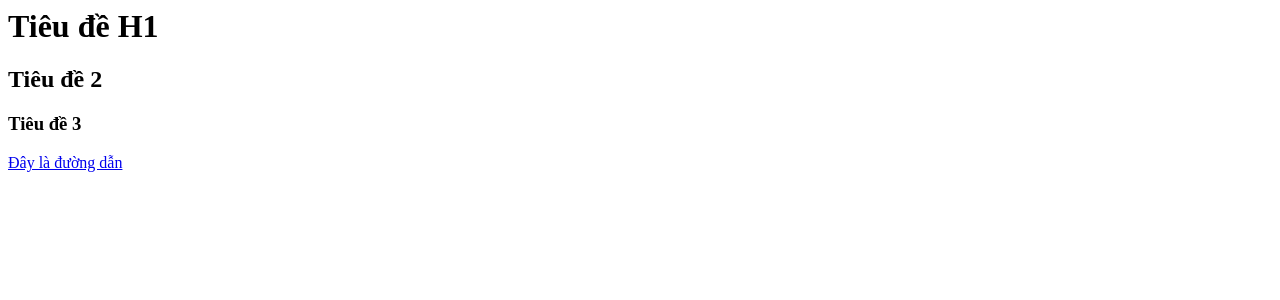
Repository: quangkhoi1228/quangkhoi1228-guide
Page: frontend-can-ban/index.html
The author's editor kept a copy of each file at every save. The page is drawn from the files as they stood at one save, then again after the next save.
The browser window is 1280 px wide. The pictures show the whole page.

Above is the page before, as saved 2022-05-11 23:29:46.

After the next save:
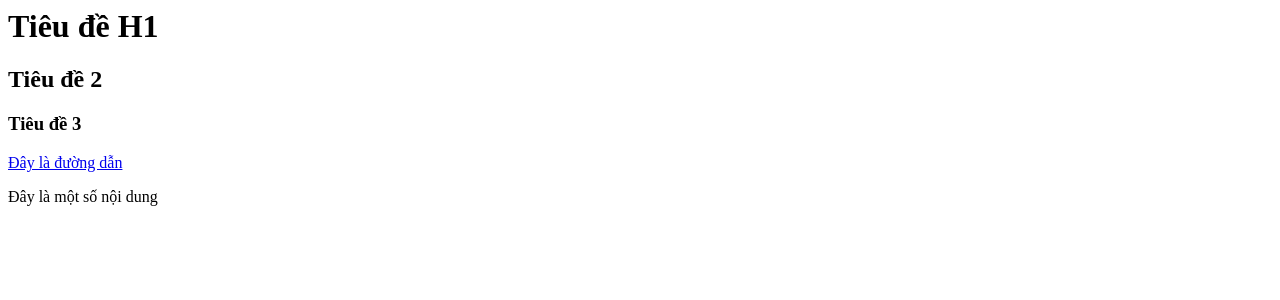
Saved 6 s later.
--- a/frontend-can-ban/index.html
+++ b/frontend-can-ban/index.html
@@ -9,4 +9,4 @@
 <a href="https://google.com">Đây là đường dẫn</a>
 
 
-<p></p>
+<p>Đây là một số nội dung </p>
